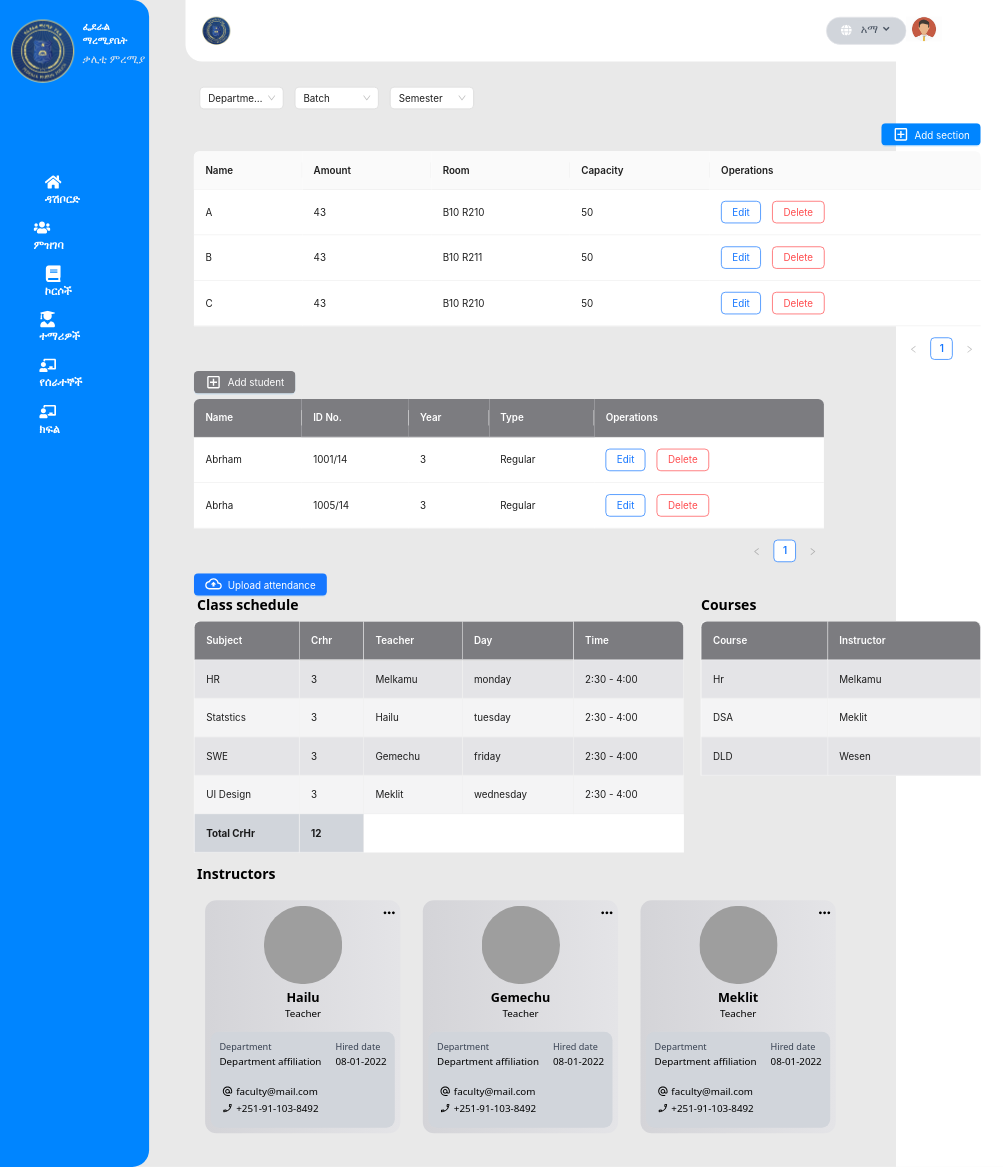
Repository: Yigoya/federal-prison-education-ms-frontend
Page: /classroom, after clicking the first element matching `td.ant-table-cell > a`
The author's editor kept a copy of each file at every save. The page is drawn from the files as they stood at one save, then again after a run of saves.
The browser window is 1280 px wide. The page is 1433 px wide, so the pictures cover 1433 px, including what lies to the right of the window. The pictures show the whole page, at 70% of full size.
Pictures or frames that could not be fetched are drawn as grey boxes. The project was rebuilt for these pictures with package versions that can differ from the ones it lists, and the page was loaded fresh each time. Also part of the build but not shown: vite.config.js, src/pages/DashBoard.jsx, src/pages/Courses.jsx, src/layout/AuthLayout.jsx, src/pages/Login.jsx, src/pages/Teachers.jsx, src/pages/StudentRegistration.jsx, src/components/classroom/ComboBox.jsx and 1 more. Imported but missing from the stored project, and not drawn on this page: src/pages/Students.

Above is the page before, as saved 2024-07-05 15:45:58.

After the next 4 saves:
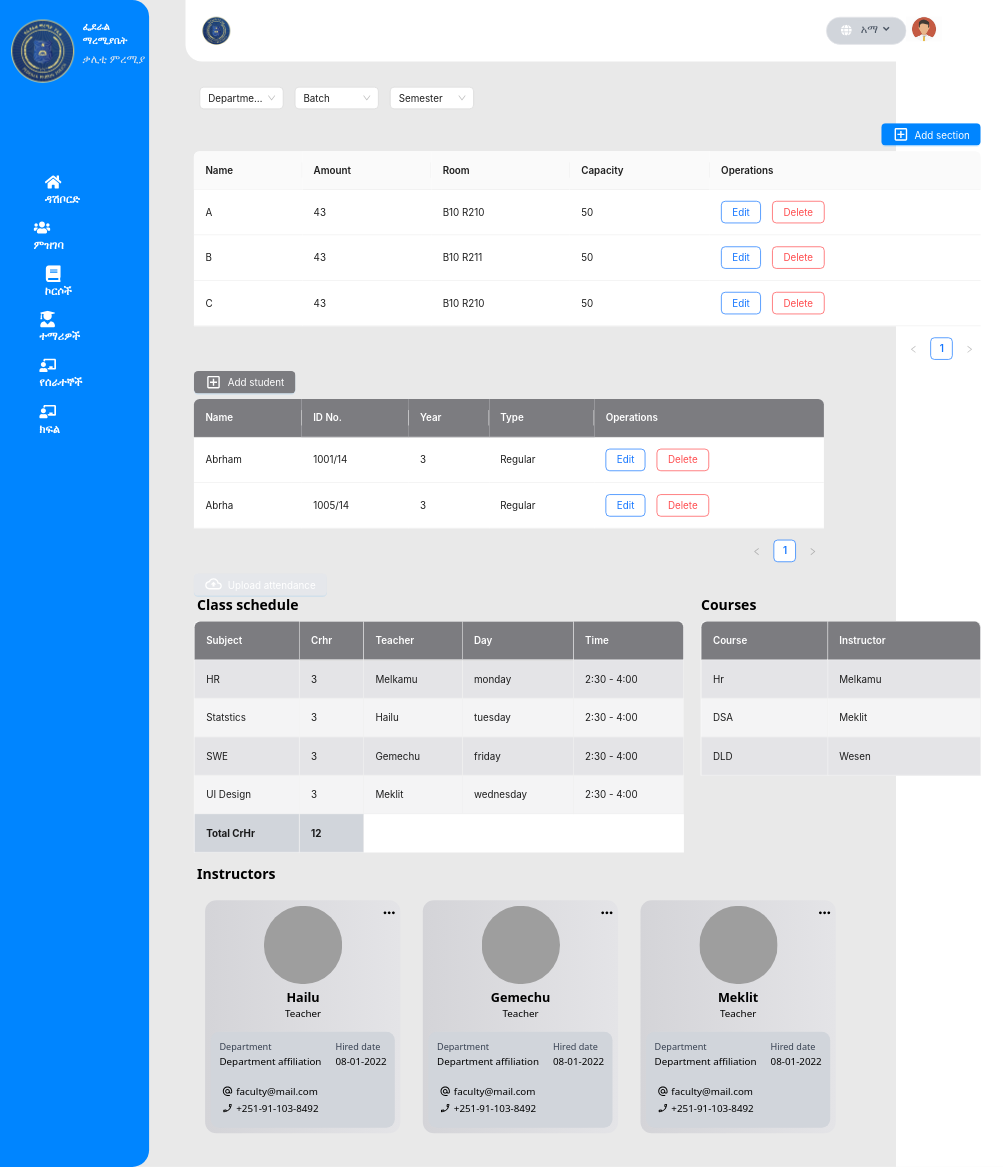
The 4 saves are shown as one change because they came seconds apart.
The last was saved 12 s later.
--- a/src/components/classroom/UploadCenter.jsx
+++ b/src/components/classroom/UploadCenter.jsx
@@ -4,7 +4,7 @@
 const UploadCenter = () => {
   return (
     <div>
-        <Button type="primary" className='' icon={<CloudUploadOutlinedIcon />} > Upload attendance</Button>
+        <Button type="primary" className='bg-gray-200' icon={<CloudUploadOutlinedIcon />} > Upload attendance</Button>
     </div>
   )
 }
